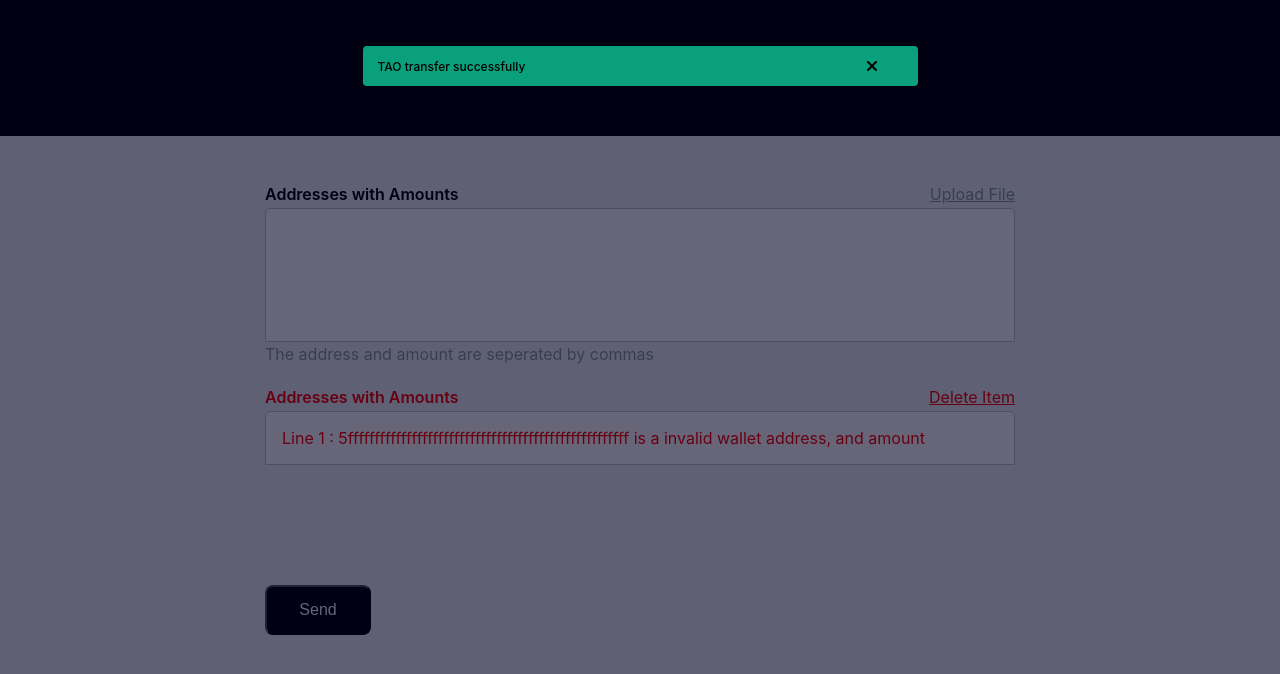
Repository: Dawid-Ace/batch_transfer_tao_master_ui
Page: /
An editor plug-in stored every save of this project. The page is shown before and after the next save, followed by the edit.
The browser window is 1280 px wide. The pictures show the whole page.
The project was rebuilt for these pictures with package versions that can differ from the ones it lists, and the page was loaded fresh each time.

Above is the page before, as saved 2023-05-10 05:18:47.

After the next save:
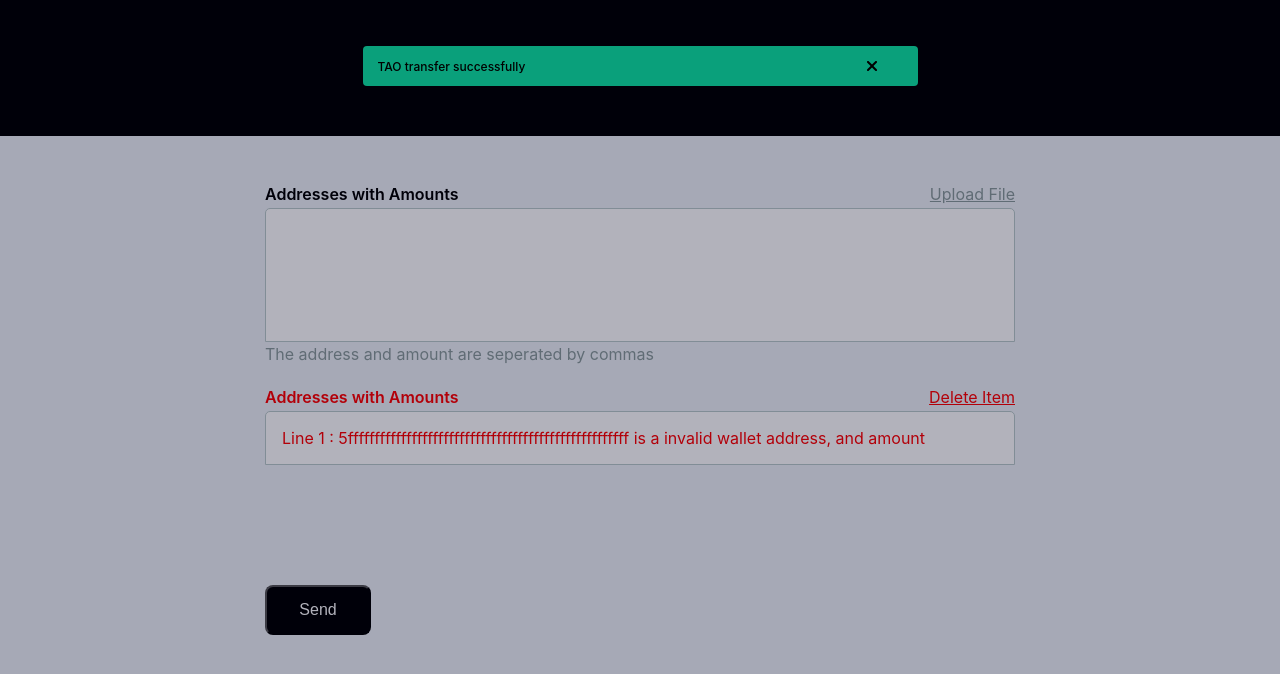
Saved 4 s later.
--- a/src/components/TransferForm/index.jsx
+++ b/src/components/TransferForm/index.jsx
@@ -182,7 +182,7 @@
     position: fixed;
     left: 0px;
     top: 0px;
-    background: rgba(0, 0, 30, 0.6);
+    background: rgba(0, 0, 30, 0.3);
     z-index: 10;
   `
 
